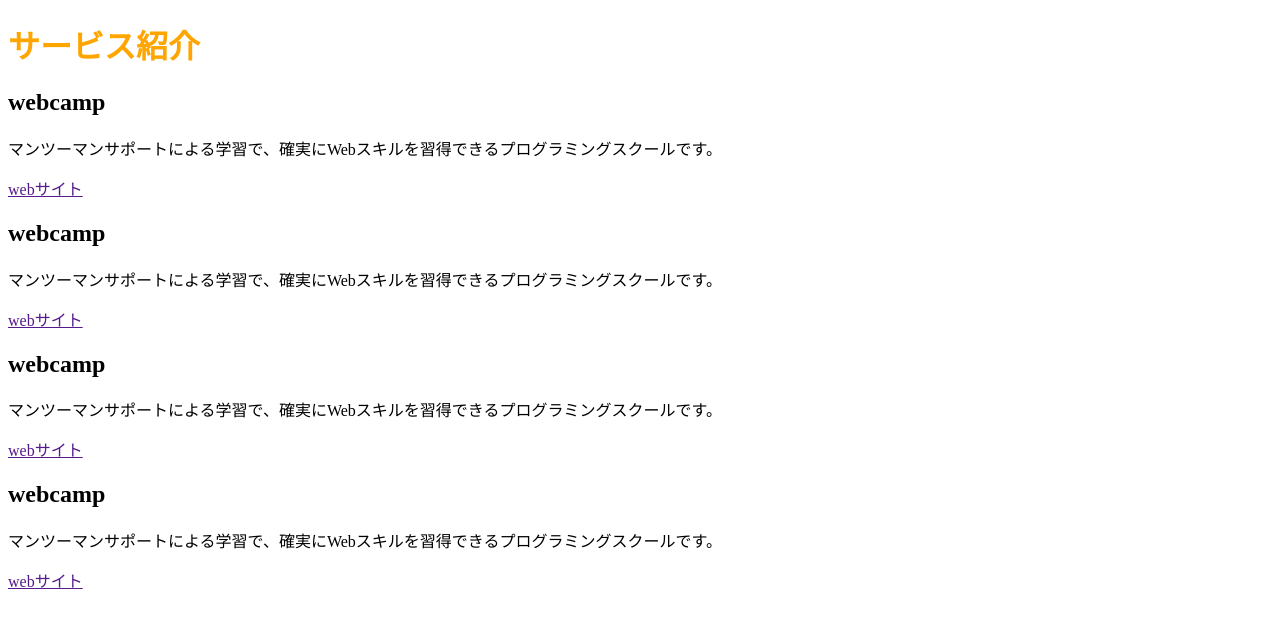
Repository: ryo32sun/Html-Practice
Page: sample/sample.html
The author's editor kept a record of every edit. The page is drawn from the files as they stood at one moment, then again after the next edit.
The browser window is 1280 px wide. The pictures show the whole page.

Above is the page before.

### sample/sample.html
<!DOCTYPE HTML>
<html lang="ja">
  <head>
    <meta charset="UTF-8" />
    <title>初めてのHTML</title>
    <link rel="stylesheet" href="style.css"/>
  </head>

  <body>
    <h1 class="title">サービス紹介</h1>
    <h2>webcamp</h2>
    <p>マンツーマンサポートによる学習で、確実にWebスキルを習得できるプログラミングスクールです。</p>
    <a href="">webサイト</a>
    <h2>webcamp</h2>
    <p>マンツーマンサポートによる学習で、確実にWebスキルを習得できるプログラミングスクールです。</p>
    <a href="">webサイト</a>
    <h2>webcamp</h2>
    <p>マンツーマンサポートによる学習で、確実にWebスキルを習得できるプログラミングスクールです。</p>
    <a href="">webサイト</a>
    <h2>webcamp</h2>
    <p>マンツーマンサポートによる学習で、確実にWebスキルを習得できるプログラミングスクールです。</p>
    <a href="">webサイト</a>

  </body>
</html>

### sample/style.css
.title {
  color: orange;
}

After the next edit:
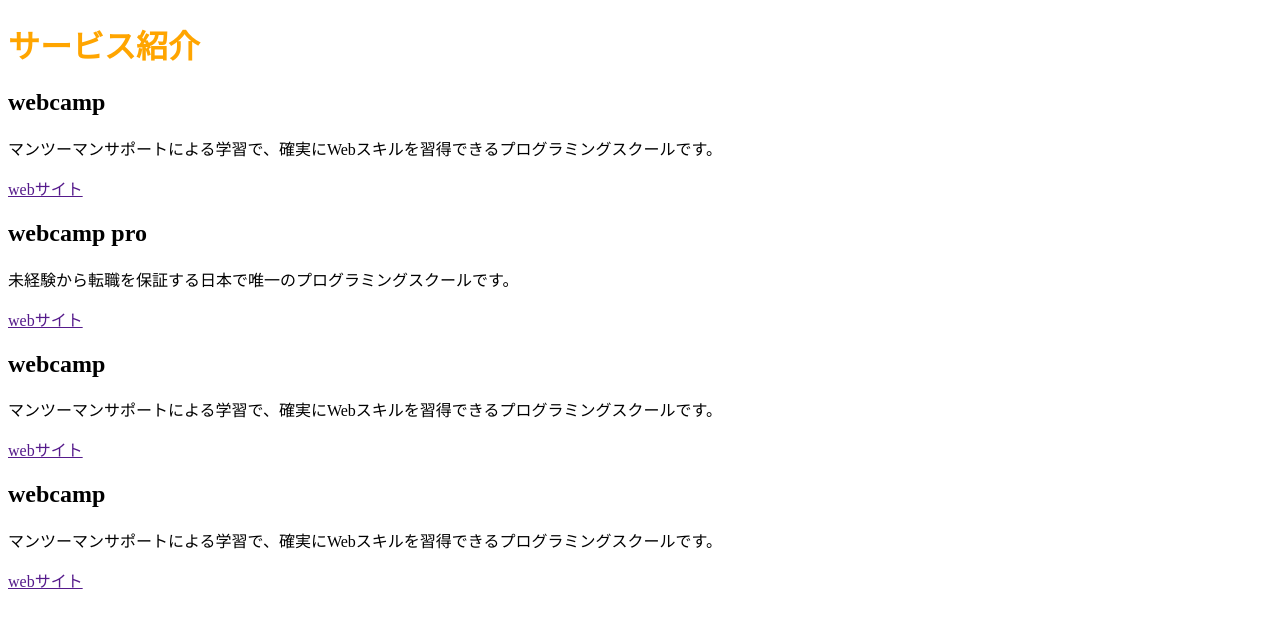
The edit:
--- a/sample/sample.html
+++ b/sample/sample.html
@@ -11,8 +11,8 @@
     <h2>webcamp</h2>
     <p>マンツーマンサポートによる学習で、確実にWebスキルを習得できるプログラミングスクールです。</p>
     <a href="">webサイト</a>
-    <h2>webcamp</h2>
-    <p>マンツーマンサポートによる学習で、確実にWebスキルを習得できるプログラミングスクールです。</p>
+    <h2>webcamp pro</h2>
+    <p>未経験から転職を保証する日本で唯一のプログラミングスクールです。</p>
     <a href="">webサイト</a>
     <h2>webcamp</h2>
     <p>マンツーマンサポートによる学習で、確実にWebスキルを習得できるプログラミングスクールです。</p>
